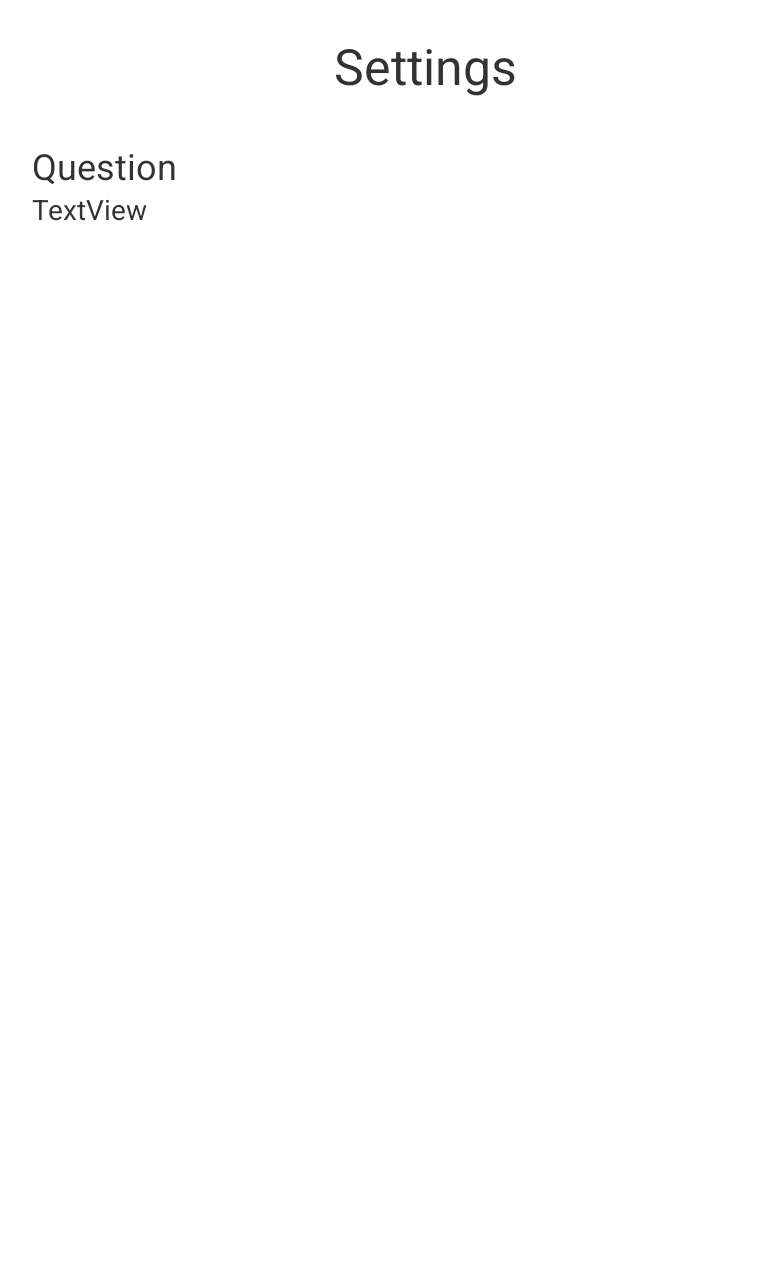
Repository: dsu1995/CountryQuiz
Layout: CountryQuiz/res/layout/activity_main.xml
The author's editor kept a copy of each file at every save. The layout is drawn from the files as they stood at one save, then again after the next save.
It is drawn on a 768 x 1280 px phone screen (xhdpi) without system bars, with theme AppTheme; the app's code is not run.

Above is the layout before, as saved 2013-05-18 18:53:06.

### CountryQuiz/res/layout/activity_main.xml
<TableLayout xmlns:android="http://schemas.android.com/apk/res/android"
    xmlns:tools="http://schemas.android.com/tools"
    android:id="@+id/TableLayout1"
    android:layout_width="match_parent"
    android:layout_height="match_parent"
    android:orientation="horizontal"
    android:paddingBottom="@dimen/activity_vertical_margin"
    android:paddingLeft="@dimen/activity_horizontal_margin"
    android:paddingRight="@dimen/activity_horizontal_margin"
    android:paddingTop="@dimen/activity_vertical_margin"
    android:stretchColumns="0"
    tools:context=".MainActivity" >

    <TableRow
        android:id="@+id/tableRow1"
        android:layout_width="wrap_content"
        android:layout_height="wrap_content" >

        <TextView
            android:id="@+id/settingsTextView"
            android:layout_width="wrap_content"
            android:layout_height="wrap_content"
            android:layout_gravity="center_horizontal"
            android:layout_marginLeft="21dp"
            android:layout_marginTop="21dp"
            android:text="@string/settings_text"
            android:textSize="25sp" />

    </TableRow>

    <TextView
        android:id="@+id/questionTextView"
        android:layout_width="wrap_content"
        android:layout_height="wrap_content"
        android:text="@string/question_text"
        android:textSize="18sp" />

    <TextView
        android:id="@+id/textView1"
        android:layout_width="wrap_content"
        android:layout_height="wrap_content"
        android:text="TextView" />

</TableLayout>

### CountryQuiz/res/values/strings.xml
<?xml version="1.0" encoding="utf-8"?>
<resources>

    <string name="app_name">David Su Country Quiz</string>
    <string name="action_settings">Settings</string>
    <string name="settings_text">Settings</string>
    <string name="question_text">Question </string>
    <string name="question_type_text">Question Type</string>
    <string name="answer_text">Answer</string>
    <string name="answer_type_text">Answer Type</string>
    <string name="start_text">Start</string>
    <string name="title_activity_game">Country Quiz</string>
    <string name="restart_string">Restart Quiz</string>

    <string-array name="question_array">
        <item>Country (10 points)</item>
        <item>Capital City (10 points)</item>
        <item>Flag (20 points)</item>
        <item>Country Marked on Map (20 points)</item>
    </string-array>
    <string-array name="question_type_array">
        <item>Text (0 points)</item>
        <item>Speech (5 points)</item>
    </string-array>
    <string-array name="answer_array">
        <item>Country (10 points)</item>
        <item>Capital City (10 points)</item>
        <item>Continent (5 points)</item>
    </string-array>
    <string-array name="answer_type_array">
        <item>Keyboard (5 points)</item>
        <item>Multiple Choice(0 points)</item>
    </string-array>

    <string name="points_string">&quot;Points Earned per Question: &quot;</string>
    <string name="invalid_string">Invalid Selection</string>
    <string name="tts_button_string">Press Button to Hear Question</string>
    <string name="skip_question_string">Skip this Question</string>
    <string name="country_string">Country: </string>
    <string name="capital_answer_hint_string">Enter the capital here</string>
    <string name="incorrect_answer_string">Incorrect Answer!</string>
    <string name="ok_string">OK</string>
    <string name="correct_answer_string">Correct!</string>
    <string name="reveal_answer_string">The correct answer is: </string>
    <string name="score_string">Score:</string>
    <string name="summary_string">You finished the game with a score of: %1$s. \n Congratulations! You are at a Grade %2$s level.</string>
    <string name="title_activity_summary">Post-Quiz Report</string>
    <string name="capital_string">Capital:</string>
    <string name="country_answer_hint_string">Enter the country</string>
    <string name="country_tts_button_string">Tap to hear country name</string>
    <string name="capital_tts_button_string">Tap to hear capital city name</string>
    <string name="continent_answer_hint_string">Enter the continent here</string>
    <string name="flag_string">Flag</string>
    <string-array name="continents_array">
        <item >Asia</item>
        <item >Africa</item>
        <item >North America</item>
        <item >South America</item>
        <item >Europe</item>
        <item >Oceania</item>
    </string-array>

</resources>

Loaded but not shown: CountryQuiz/res/values/styles.xml (common file); CountryQuiz/res/values-v11/styles.xml (common file); CountryQuiz/res/values-v14/styles.xml (common file); CountryQuiz/res/values/dimens.xml (common file)

After the next save:
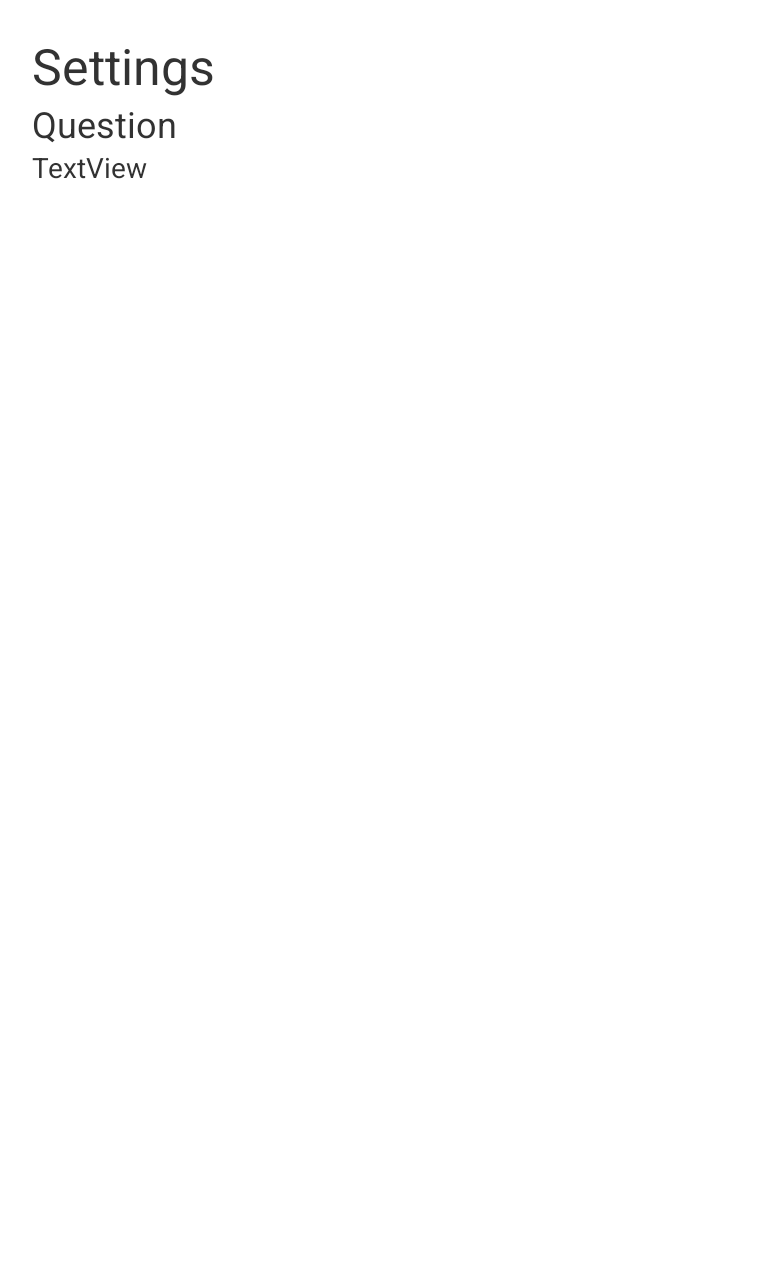
Saved 2 min 48 s later.
--- a/CountryQuiz/res/layout/activity_main.xml
+++ b/CountryQuiz/res/layout/activity_main.xml
@@ -8,25 +8,14 @@
     android:paddingLeft="@dimen/activity_horizontal_margin"
     android:paddingRight="@dimen/activity_horizontal_margin"
     android:paddingTop="@dimen/activity_vertical_margin"
-    android:stretchColumns="0"
     tools:context=".MainActivity" >
 
-    <TableRow
-        android:id="@+id/tableRow1"
+    <TextView
+        android:id="@+id/settingsTextView"
         android:layout_width="wrap_content"
-        android:layout_height="wrap_content" >
-
-        <TextView
-            android:id="@+id/settingsTextView"
-            android:layout_width="wrap_content"
-            android:layout_height="wrap_content"
-            android:layout_gravity="center_horizontal"
-            android:layout_marginLeft="21dp"
-            android:layout_marginTop="21dp"
-            android:text="@string/settings_text"
-            android:textSize="25sp" />
-
-    </TableRow>
+        android:layout_height="wrap_content"
+        android:text="@string/settings_text"
+        android:textSize="25sp" />
 
     <TextView
         android:id="@+id/questionTextView"
